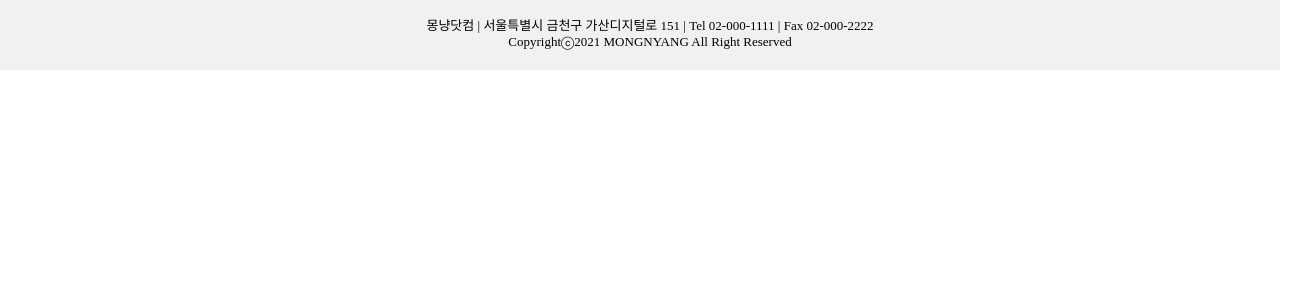
Repository: yl9517/2021.08.10_MONGNYANG_JSP
Page: http://localhost/mongNyang/footer.jsp
These files come from the project's save history. The page is drawn as it stood at one moment and after the next save; the edit follows.
The browser window is 1280 px wide. The page is 1300 px wide, so the pictures cover 1300 px, including what lies to the right of the window. The pictures show the whole page.
The page is served by Tomcat 9.

Above is the page before, as saved 2021-08-13 12:39:40.

After the next save:
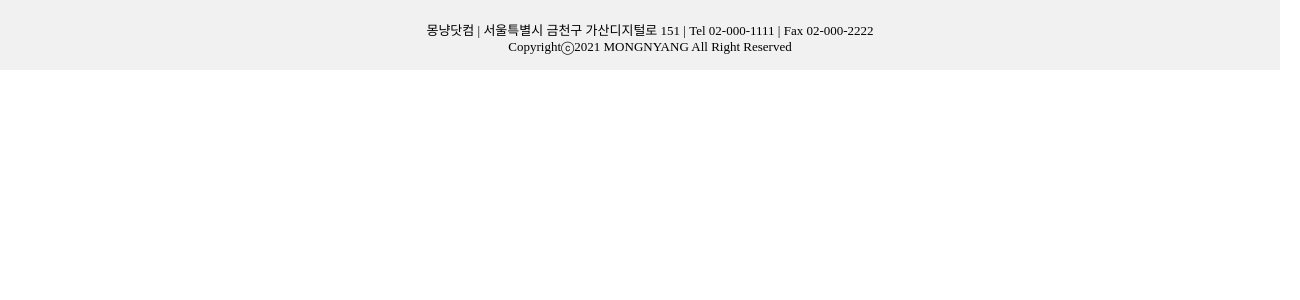
Saved 85 s later.
--- a/mongNyang/WebContent/css/footer.css
+++ b/mongNyang/WebContent/css/footer.css
@@ -16,7 +16,7 @@ footer{
 	height : 70px;
 	margin: 0 auto;
 	text-align :center;
-	padding: 15px;
+	padding: 20px;
 }
 #foot #shopInfo p{
 	font-size: 13px;
